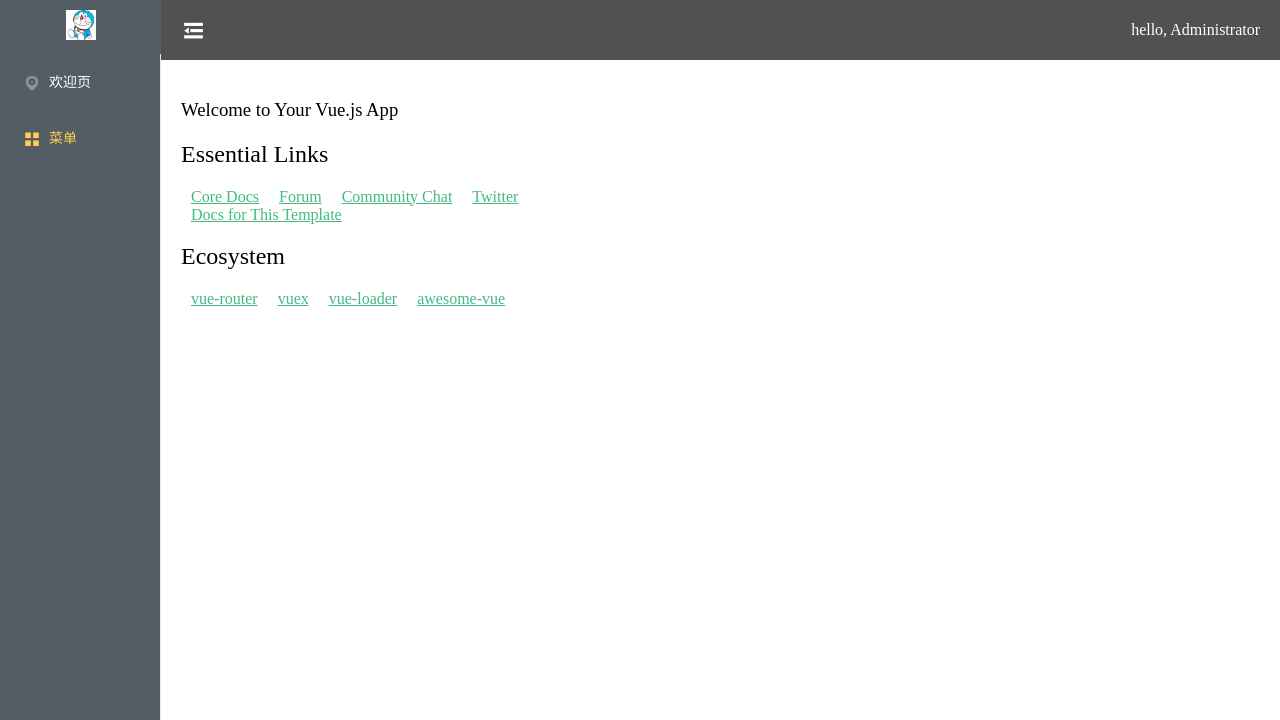
Repository: qianxuebing/admin
Page: /HelloWorld
An editor plug-in stored every save of this project. The page is shown before and after the next save, followed by the edit.
The browser window is 1280 px wide. The pictures show the whole page.
The project was rebuilt for these pictures with package versions that can differ from the ones it lists, and the page was loaded fresh each time. Imported but missing from the stored project, and not drawn on this page: src/views/home/Home.

Above is the page before, as saved 2019-12-09 17:06:08.

After the next save:
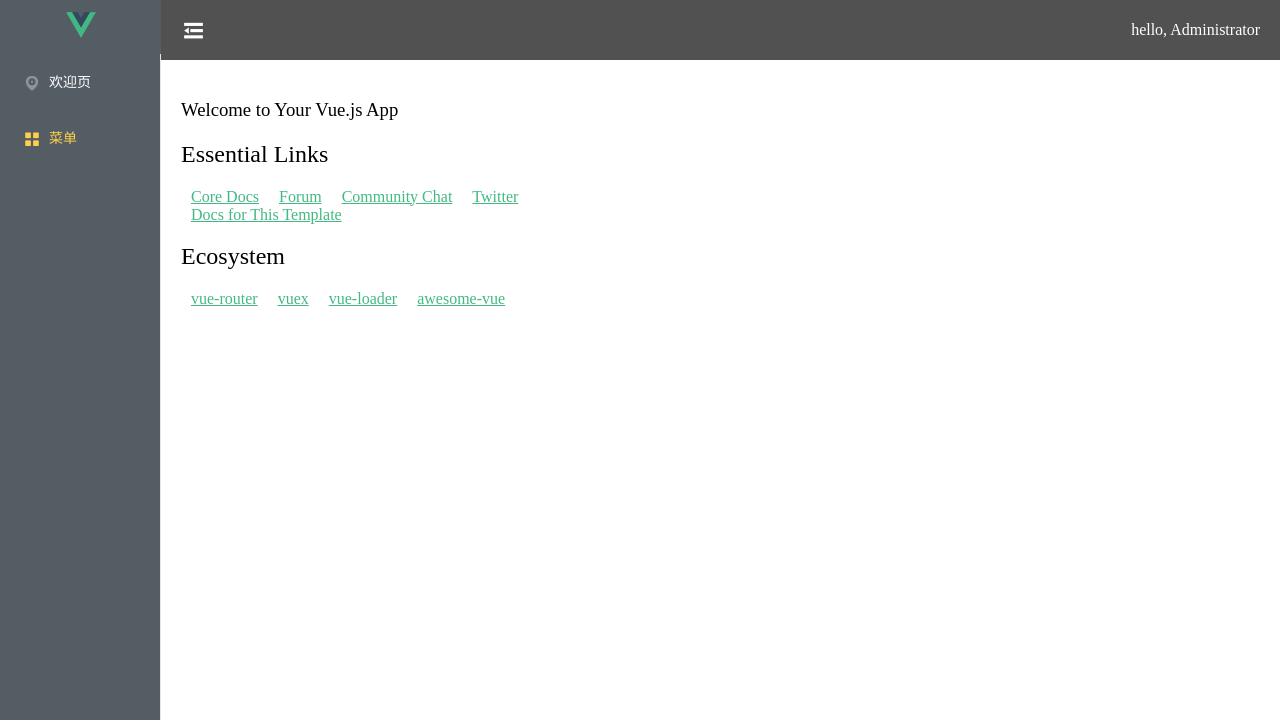
Saved 22 s later.
--- a/src/components/SideBar.vue
+++ b/src/components/SideBar.vue
@@ -21,12 +21,12 @@
 <script>
 import { mapState } from 'vuex'
 import sideBarData from './mock.js'
-import aa from '@/assets/aa.jpg'
+import logo from '@/assets/logo.png'
 export default {
   data () {
     return {
       sideBarData: sideBarData,
-      logo: aa
+      logo: logo
     }
   },
   computed: {
